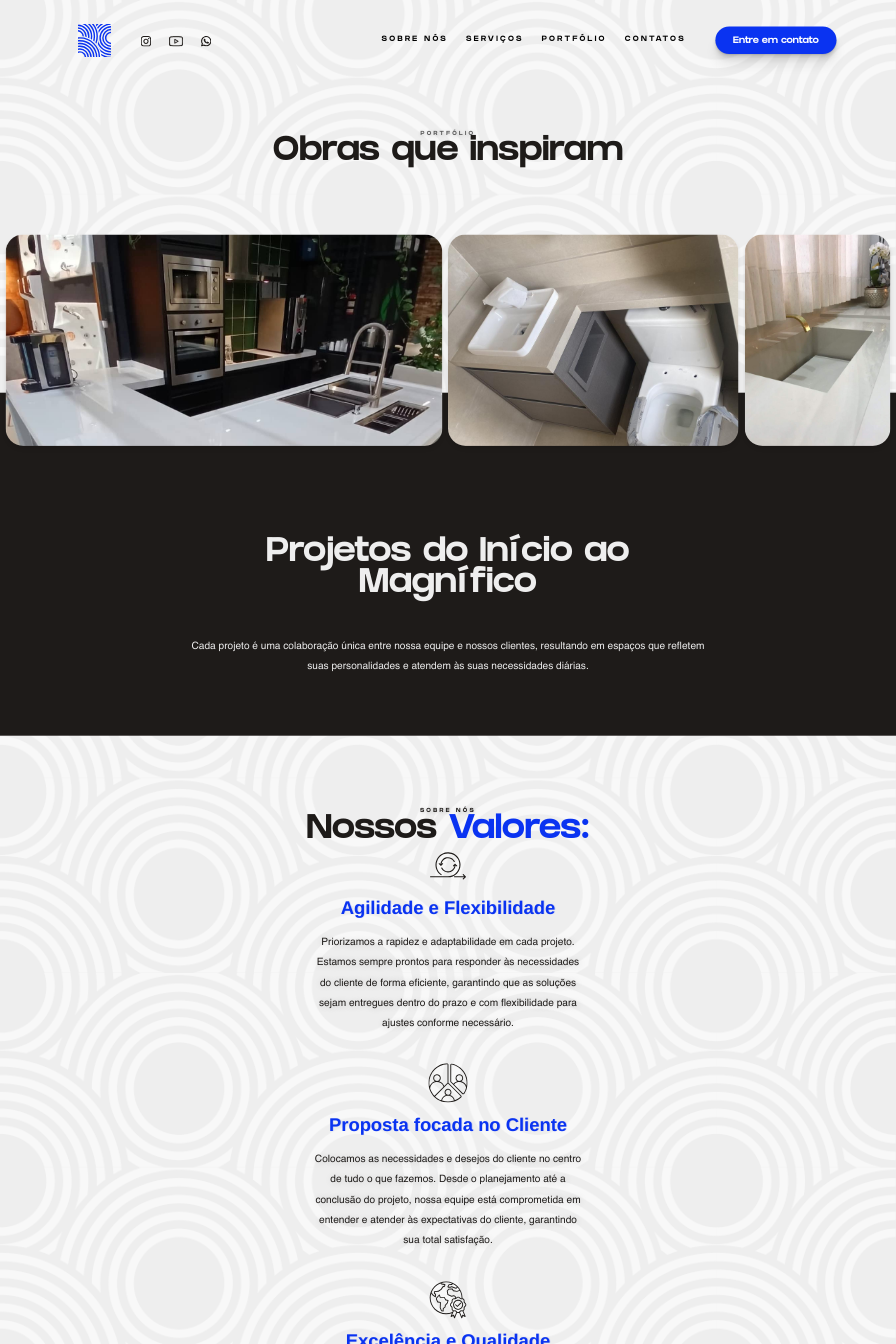
Repository: lucastdcs/ReforMar
Page: /portfolio
An editor plug-in stored every save of this project. The page is shown before and after a run of saves, followed by the edit.
The browser window is 1280 px wide. The pictures show the part of the page from y = 0 to 1920 px (the page is 6311 px tall before and 720 px after), at 70% of full size.
Backgrounds fixed to the window are drawn as part of the page. The project was rebuilt for these pictures with package versions that can differ from the ones it lists, and the page was loaded fresh each time. Also part of the build but not shown: vite.config.js, src/Components/EmailPopUp/EmailPopUp.styled.js, src/Components/EmailPopUp/EmailPopUp.jsx, src/Components/Card/Card.styled.js, src/Components/Card/Card.jsx, src/Components/ServicesCard/ServicesCard.styled.js, src/Components/ServicesCard/ServicesCard.jsx, src/Components/Badges/Badges.styled.js and 9 more.

Above is the page before, as saved 2024-10-11 13:02:37.

After the next 2 saves:
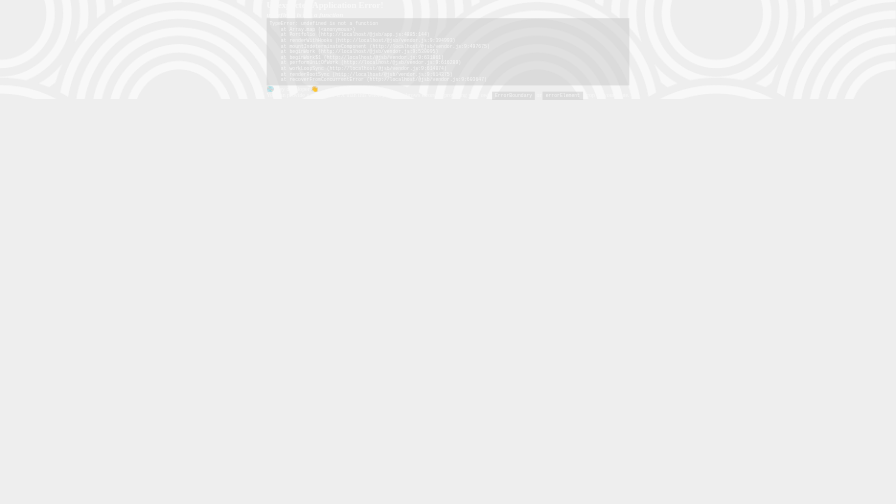
Console error: TypeError: undefined is not a function
The 2 saves are shown as one change because they came seconds apart.
The last was saved 8 s later.
--- a/src/Pages/Portfolio.jsx
+++ b/src/Pages/Portfolio.jsx
@@ -170,7 +170,7 @@ const Portfolio = () => {
           </Text>
         </div>
         <CarouselNew className="portfolio_carousel_inner">
-          {}
+          {projects.map()}
           {/* <Card
             className="project_card"
             img={thumbnailUrl1}
